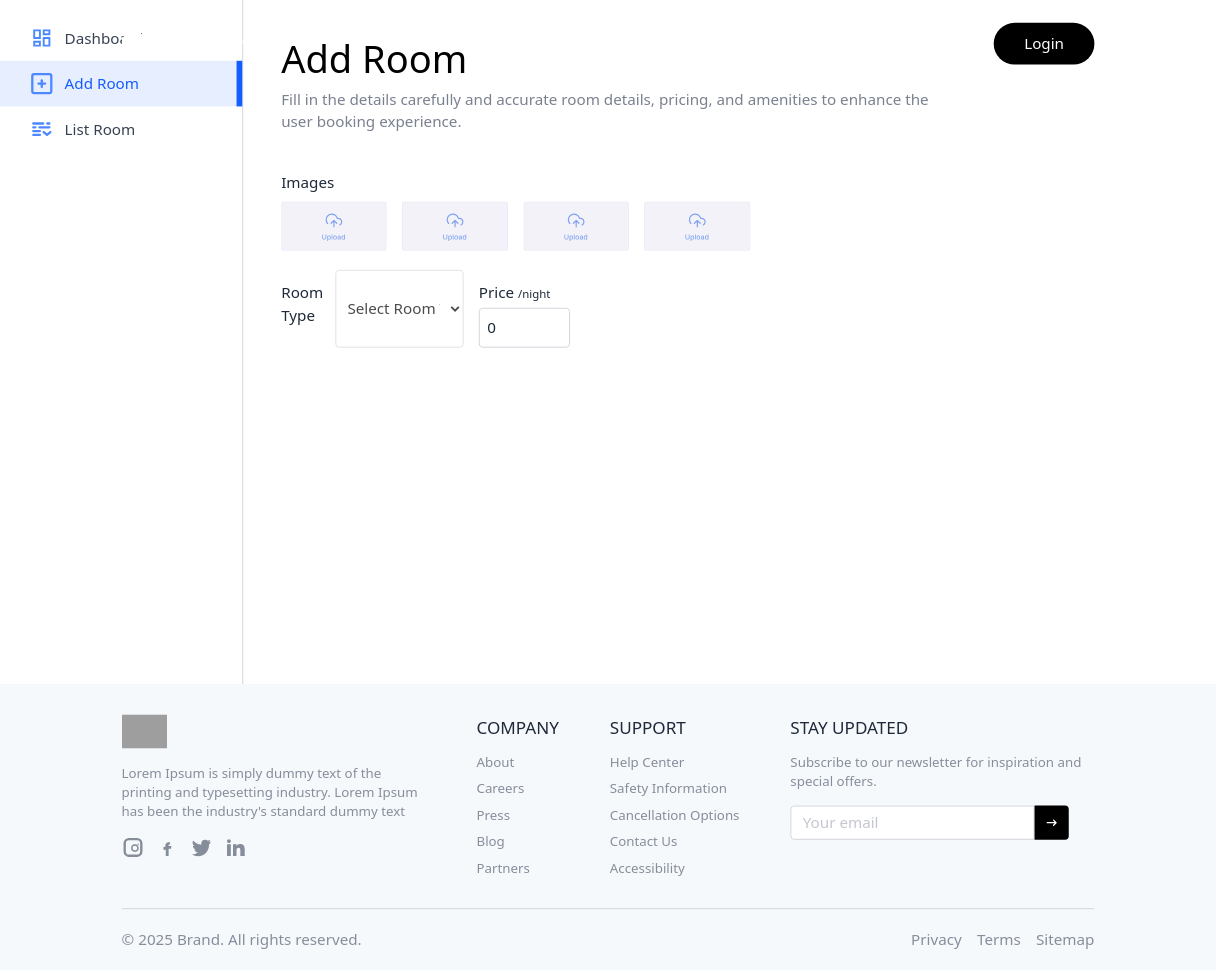
Repository: Ponn-Star/My-App
Page: /owner/add-room (app in FrontEnd/)
The author's editor kept a copy of each file at every save. The page is drawn from the files as they stood at one save, then again after the next save.
The browser window is 1280 px wide. The pictures show the whole page, at 95% of full size.
Pictures or frames that could not be fetched are drawn as grey boxes. The page's requests for data from a server got no answer. The project was rebuilt for these pictures with package versions that can differ from the ones it lists, and the page was loaded fresh each time. Some packages were replaced by stand-ins written for this rebuild. No one was signed in, and anything a server would have sent is missing. Also part of the build but not shown: FrontEnd/vite.config.js, FrontEnd/src/assets/assets.js, FrontEnd/src/components/Hero.jsx, FrontEnd/src/components/HotelCard.jsx, FrontEnd/src/components/FeaturedDestination.jsx, FrontEnd/src/components/ExclusiveOffers.jsx, FrontEnd/src/data/Test.ts, FrontEnd/src/components/StarRating.jsx and 7 more.

Above is the page before, as saved 2025-05-12 17:20:02.

### FrontEnd/index.html
<!doctype html>
<html lang="en">
  <head>
    <meta charset="UTF-8" />
    <link rel="icon" type="image/svg+xml" href="/favicon.svg" />
    <meta name="viewport" content="width=device-width, initial-scale=1.0" />
    <title>Booking</title>
  </head>
  <body>
    <div id="root"></div>
    <script type="module" src="/src/main.jsx"></script>
  </body>
</html>

### FrontEnd/src/main.jsx
import { StrictMode } from 'react'
import { createRoot } from 'react-dom/client'
import './index.css'
import App from './App.jsx'
import { BrowserRouter } from 'react-router-dom'
import { ClerkProvider } from '@clerk/clerk-react'

const PUBLISHABLE_KEY = import.meta.env.VITE_CLERK_PUBLISHABLE_KEY

if (!PUBLISHABLE_KEY) {
  throw new Error('Add your Clerk Publishable Key to the .env file')
}

createRoot(document.getElementById('root')).render(
  <ClerkProvider publishableKey={PUBLISHABLE_KEY} afterSignOutUrl="/">
    <BrowserRouter>
      <App />
    </BrowserRouter>
    </ClerkProvider>,
)

### FrontEnd/src/App.jsx
import React from 'react'
import Navbar from './components/Navbar'
import { Route, Routes, useLocation } from 'react-router-dom'
import Home from './pages/Home'
import AllRooms from './pages/AllRooms';
import RoomDetails from './pages/RoomDetails';
import Footer from './components/Footer';
import MyBookings from './pages/MyBookings';
import Layout from './pages/Owner/Layout';
import Dashboard from './pages/Owner/Dashboard';
import ListRoom from './pages/Owner/ListRoom';
import AddRoom from './pages/Owner/AddRoom';

function App() {

  const isOwnerPath = useLocation().pathname.includes("owner");
  return (
    <div>
      {!isOwnerPath && <Navbar />}
      <div className='min-h-[70vh]'>
        <Routes>
          <Route path='/' element={<Home />} />
          <Route path='/rooms' element={<AllRooms />} />
          <Route path='/rooms/:id' element={<RoomDetails />} />
          <Route path='/my-bookings' element={<MyBookings />} />
          <Route path='/owner' element={<Layout />} >
            <Route index element={<Dashboard />} />
            <Route path='add-room' element={<AddRoom />} />
            <Route path='list-room' element={<ListRoom />} />
           </Route>
        </Routes>
      </div>
      <Footer />
    </div>
  )
}

export default App

### FrontEnd/src/components/Navbar.jsx
import React from 'react';
import { Link, useLocation, useNavigate} from 'react-router-dom';
import { assets } from '../assets/assets';
import { useClerk, useUser, UserButton } from '@clerk/clerk-react';

const BookIcon = () => (
    <svg className='w-4 h-4 text-gray-700' aria-hidden="true" xmlns="http://www.w3.org/2000/svg" width="24" height="24" fill="none" viewBox="0 0 24 24">
        <path stroke="currentColor" strokeLinecap="round" strokeLinejoin="round" strokeWidth="2" d="M5 19V4a1 1 0 0 1 1-1h12a1 1 0 0 1 1 1v13H7a2 2 0 0 0-2 2Zm0 0a2 2 0 0 0 2 2h12M9 3v13m7 0v4" />
    </svg>
)

const Navbar = () => {
    const navLinks = [
        { name: 'Home', path: '/' },
        { name: 'Hotels', path: '/rooms' },
        { name: 'Experience', path: '/' },
        { name: 'About', path: '/' },
    ];

    const [isScrolled, setIsScrolled] = React.useState(false);
    const [isMenuOpen, setIsMenuOpen] = React.useState(false);

    const {openSignIn} = useClerk()
    const {user} = useUser()
    const navigate = useNavigate()
    const location = useLocation()

    React.useEffect(() => {
        const handleScroll = () => {
            setIsScrolled(window.scrollY > 10);
        };
        window.addEventListener("scroll", handleScroll);
        return () => window.removeEventListener("scroll", handleScroll);
    }, []);

    return (
            <nav className={`fixed top-0 left-0 w-full flex items-center justify-between px-4 md:px-16 lg:px-24 xl:px-32 transition-all duration-500 z-50 ${isScrolled ? "bg-white/80 shadow-md text-gray-700 backdrop-blur-lg py-3 md:py-4" : "py-4 md:py-6"}`}>

                {/* Logo */}
                <Link to='/'>
                    <img src={assets.logo} alt="logo" className={`h-9 ${isScrolled && "invert opacity-80"}`} />
                </Link>

                {/* Desktop Nav */}
                <div className="hidden md:flex items-center gap-4 lg:gap-8">
                    {navLinks.map((link, i) => (
                        <a key={i} href={link.path} className={`group flex flex-col gap-0.5 ${isScrolled ? "text-gray-700" : "text-white"}`}>
                            {link.name}
                            <div className={`${isScrolled ? "bg-gray-700" : "bg-white"} h-0.5 w-0 group-hover:w-full transition-all duration-300`} />
                        </a>
                    ))}
                    <button className={`border px-4 py-1 text-sm font-light rounded-full cursor-pointer ${isScrolled ? 'text-black' : 'text-white'} transition-all`}>
                        Dashboard
                    </button>
                </div>

                {/* Desktop Right */}
                <div className="hidden md:flex items-center gap-4">
                    <img src={assets.searchIcon} alt='search' className={`${isScrolled && "invert"} h-7 transition duration-500`} />

                    {user ?
                    (<UserButton>
                        <UserButton.MenuItems>
                            <UserButton.Action label='My Bookings' labelIcon={<BookIcon/>} onClick={() => navigate('/my-bookings')} />
                        </UserButton.MenuItems>
                    </UserButton>)
                    :
                    (<button onClick={openSignIn} className="bg-black text-white px-8 py-2.5 rounded-full ml-4 transition-all duration-500">
                        Login
                        </button>)
                    }
                </div>

                {/* Mobile Menu Button */}
                <div className="flex items-center gap-3 md:hidden">
                    <img onClick={()=> setIsMenuOpen(!isMenuOpen)} src={assets.menuIcon} alt='' className={`${isScrolled && "invert"} h-4`} />
                </div>

                {/* Mobile Menu */}
                <div className={`fixed top-0 left-0 w-full h-screen bg-white text-base flex flex-col md:hidden items-center justify-center gap-6 font-medium text-gray-800 transition-all duration-500 ${isMenuOpen ? "translate-x-0" : "-translate-x-full"}`}>
                    <button className="absolute top-4 right-4" onClick={() => setIsMenuOpen(false)}>
                        <img src={assets.closeIcon} alt='close' className="h-6.5" />
                    </button>

                    {navLinks.map((link, i) => (
                        <a key={i} href={link.path} onClick={() => setIsMenuOpen(false)}>
                            {link.name}
                        </a>
                    ))}

                    <button className="border px-4 py-1 text-sm font-light rounded-full cursor-pointer transition-all">
                        Dashboard
                    </button>

                    <button onClick={openSignIn} className="bg-black text-white px-8 py-2.5 rounded-full transition-all duration-500">
                        Login
                    </button>
                </div>
            </nav>
    );
}

export default Navbar

### FrontEnd/src/components/Footer.jsx
import React from 'react'

const Footer = () => {
    return (
        <div className='bg-[#F6F9FC] text-gray-500/80 pt-8 px-6 md:px-16 lg:px-24 xl:px-32'>
            <div className='flex flex-wrap justify-between gap-12 md:gap-6'>
                <div className='max-w-80'>
                    <img src="https://raw.githubusercontent.com/prebuiltui/prebuiltui/main/assets/dummyLogo/dummyLogoColored.svg" alt="logo" className='mb-4 h-8 md:h-9' />
                    <p className='text-sm'>
                        Lorem Ipsum is simply dummy text of the printing and typesetting industry. Lorem Ipsum has been the industry's standard dummy text
                    </p>
                    <div className='flex items-center gap-3 mt-4'>
                        {/* Instagram */}
                        <svg className="w-6 h-6" fill="currentColor" viewBox="0 0 24 24">
                            <path d="M7.75 2A5.75 5.75 0 002 7.75v8.5A5.75 5.75 0 007.75 22h8.5A5.75 5.75 0 0022 16.25v-8.5A5.75 5.75 0 0016.25 2h-8.5zM4.5 7.75A3.25 3.25 0 017.75 4.5h8.5a3.25 3.25 0 013.25 3.25v8.5a3.25 3.25 0 01-3.25 3.25h-8.5a3.25 3.25 0 01-3.25-3.25v-8.5zm9.5 1a4 4 0 11-4 4 4 4 0 014-4zm0 1.5a2.5 2.5 0 102.5 2.5 2.5 2.5 0 00-2.5-2.5zm3.5-.75a.75.75 0 11.75-.75.75.75 0 01-.75.75z" />
                        </svg>
                        {/* Facebook */}
                        <svg className="w-6 h-6" fill="currentColor" viewBox="0 0 24 24">
                            <path d="M13.5 9H15V6.5h-1.5c-1.933 0-3.5 1.567-3.5 3.5v1.5H8v3h2.5V21h3v-7.5H16l.5-3h-3z" />
                        </svg>
                        {/* Twitter */}
                        <svg className="w-6 h-6" fill="currentColor" viewBox="0 0 24 24">
                            <path d="M22 5.92a8.2 8.2 0 01-2.36.65A4.1 4.1 0 0021.4 4a8.27 8.27 0 01-2.6 1A4.14 4.14 0 0016 4a4.15 4.15 0 00-4.15 4.15c0 .32.04.64.1.94a11.75 11.75 0 01-8.52-4.32 4.14 4.14 0 001.29 5.54A4.1 4.1 0 013 10v.05a4.15 4.15 0 003.33 4.07 4.12 4.12 0 01-1.87.07 4.16 4.16 0 003.88 2.89A8.33 8.33 0 012 19.56a11.72 11.72 0 006.29 1.84c7.55 0 11.68-6.25 11.68-11.67 0-.18 0-.35-.01-.53A8.18 8.18 0 0022 5.92z" />
                        </svg>
                        {/* LinkedIn */}
                        <svg className="w-6 h-6" fill="currentColor" viewBox="0 0 24 24">
                            <path d="M4.98 3.5C3.88 3.5 3 4.38 3 5.48c0 1.1.88 1.98 1.98 1.98h.02c1.1 0 1.98-.88 1.98-1.98C6.98 4.38 6.1 3.5 4.98 3.5zM3 8.75h3.96V21H3V8.75zm6.25 0h3.8v1.68h.05c.53-.98 1.82-2.02 3.75-2.02 4.01 0 4.75 2.64 4.75 6.07V21H17v-5.63c0-1.34-.03-3.07-1.88-3.07-1.88 0-2.17 1.47-2.17 2.98V21H9.25V8.75z" />
                        </svg>
                    </div>
                </div>

                <div>
                    <p className='text-lg text-gray-800'>COMPANY</p>
                    <ul className='mt-3 flex flex-col gap-2 text-sm'>
                        <li><a href="#">About</a></li>
                        <li><a href="#">Careers</a></li>
                        <li><a href="#">Press</a></li>
                        <li><a href="#">Blog</a></li>
                        <li><a href="#">Partners</a></li>
                    </ul>
                </div>

                <div>
                    <p className='text-lg text-gray-800'>SUPPORT</p>
                    <ul className='mt-3 flex flex-col gap-2 text-sm'>
                        <li><a href="#">Help Center</a></li>
                        <li><a href="#">Safety Information</a></li>
                        <li><a href="#">Cancellation Options</a></li>
                        <li><a href="#">Contact Us</a></li>
                        <li><a href="#">Accessibility</a></li>
                    </ul>
                </div>

                <div className='max-w-80'>
                    <p className='text-lg text-gray-800'>STAY UPDATED</p>
                    <p className='mt-3 text-sm'>
                        Subscribe to our newsletter for inspiration and special offers.
                    </p>
                    <div className='flex items-center mt-4'>
                        <input type="text" className='bg-white rounded-l border border-gray-300 h-9 px-3 outline-none' placeholder='Your email' />
                        <button className='flex items-center justify-center bg-black h-9 w-9 aspect-square rounded-r'>
                            {/* Arrow icon */}
                            <svg className="w-4 h-4 text-white" aria-hidden="true" xmlns="http://www.w3.org/2000/svg" width="24" height="24" fill="none" viewBox="0 0 24 24"><path stroke="currentColor" strokeLinecap="round" strokeLinejoin="round" strokeWidth="2" d="M19 12H5m14 0-4 4m4-4-4-4" /></svg>
                        </button>
                    </div>
                </div>
            </div>
            <hr className='border-gray-300 mt-8' />
            <div className='flex flex-col md:flex-row gap-2 items-center justify-between py-5'>
                <p>© {new Date().getFullYear()} Brand. All rights reserved.</p>
                <ul className='flex items-center gap-4'>
                    <li><a href="#">Privacy</a></li>
                    <li><a href="#">Terms</a></li>
                    <li><a href="#">Sitemap</a></li>
                </ul>
            </div>
        </div>
    );
};

export default Footer;

### FrontEnd/src/pages/Owner/Layout.jsx
import React from 'react'
import Navbar from '../../components/Navbar'
import Sidebar from '../../components/Owner/Sidebar'
import { Outlet } from 'react-router-dom'

const Layout = () => {
  return (
    <div className='flex flex-col h-screen'>
      <Navbar />
      <div className='flex h-full'>
        <Sidebar />
        <div className='flex-1 p-4 pt-10 md:px-10 h-full'>
            <Outlet />
        </div>
      </div>
    </div>
  )
}

export default Layout

### FrontEnd/src/pages/Owner/AddRoom.jsx
import React from 'react'
import { useState } from 'react'
import { assets } from '../../assets/assets'
import Title from '../../components/Title'
const AddRoom = () => {

    const [images, setImages] = useState({
    1: null,
    2: null,
    3: null,
    4: null,
  });

  const [inputs, setInputs] = useState({
    roomType: '',
    pricePerNight: 0,
    amenities: {
      'Free WiFi': false,
      'Free Breakfast': false,
      'Room Service': false,
      'Mountain View': false,
      'Pool Access': false,
    },
  });

  return (
    <form>
      <Title align='left' font='outfit' title='Add Room' subTitle='Fill in the details carefully and accurate room details, pricing, and amenities to enhance the user booking experience.' />
      {/* Upload Area For Images */}
      <p className='text-gray-800 mt-10'>Images</p>
      <div className='grid grid-cols-2 sm:flex gap-4 my-2 flex-wrap'>
        {Object.keys(images).map((key) => (
          <label htmlFor={`roomImages${key}`} key={key}>
            <img className='max-h-13 cursor-pointer opacity-80' src={images[key] ? URL.createObjectURL(images[key]) : assets.uploadArea} alt="" />
            <input type="file" accept="image/*" id={`roomImages${key}`} hidden onChange={e => setImages({ ...images, [key]: e.target.files[0] })} />
          </label>
        ))}
      </div>
      <div className='w-full flex max-sm:flex-col sm:gap-4 mt-4'>
        <div className='flex max-w-48'>
          <p className='text-gray-800 mt-4'>Room Type</p>
          <select value={inputs.roomType} onChange={e => setInputs({ ...inputs, roomType: e.target.value })} className='border opacity-70 border-gray-300 mt-1 rounded p-2 w-full'>
            <option value="">Select Room Type</option>
            <option value="Single Bed">Single Bed</option>
            <option value="Double Bed">Double Bed</option>
            <option value="Luxury Room">Luxury Room</option>
            <option value="Family Suite">Family Suite</option>
          </select>
        </div>
        <div className='mt-4 text-gray-800'>
          <p>Price <span className='text-xs'>/night</span></p>
          <input
            type="number"
            placeholder="0"
            className="border border-gray-300 mt-1 rounded p-2 w-24"
            value={inputs.pricePerNight}
            onChange={e => setInputs({ ...inputs, pricePerNight: e.target.value })}
          />
        </div>

      </div>
    </form>
  )
}

export default AddRoom

### FrontEnd/src/components/Title.jsx
import React from 'react'

const Title = ({title, subTitle, align, font}) => {
    return (
        <div className={`flex flex-col justify-center items-center text-center ${align === "left" && "md:items-start md:text-left"}`}>
          <h1 className={`text-4xl md:text-[40px] ${font || "font-playfair"}`}>{title}</h1>
          <p className="text-sm md:text-base text-gray-500/90 mt-2 max-w-174">{subTitle}</p>
        </div>
  )
}

export default Title

### FrontEnd/src/components/Owner/Sidebar.jsx
import React from 'react'
import { Link, NavLink } from 'react-router-dom'
import { assets } from '../../assets/assets'

const Sidebar = () => {
  const sidebarLinks = [
    { name: "Dashboard", path: "/owner", icon: assets.dashboardIcon },
    { name: "Add Room", path: "/owner/add-room", icon: assets.addIcon },
    { name: "List Room", path: "/owner/list-room", icon: assets.listIcon },
  ];

  return (
    <div className='md:w-64 w-16 border-r h-full text-base border-gray-300 pt-4 flex flex-col transition-all duration-300'>
      {sidebarLinks.map((item, index) => (
        <NavLink to={item.path} key={index} end='/owner' className={({ isActive }) => `flex items-center py-3 px-4 gap-3 md:px-8 ${isActive ? 'border-r-4 md:border-r-[6px] bg-blue-600/10 border-blue-600 text-blue-600' : 'hover:bg-gray-100/90 border-white text-gray-700'}`}>
            <img src={item.icon} alt={item.name} className='min-h-6 min-w-6' />
            <p className='md:block hidden text-center'>{item.name}</p>
        </NavLink>
      ))}
    </div>
  );
}

export default Sidebar

Loaded but not shown: FrontEnd/src/index.css (common file)

After the next save:
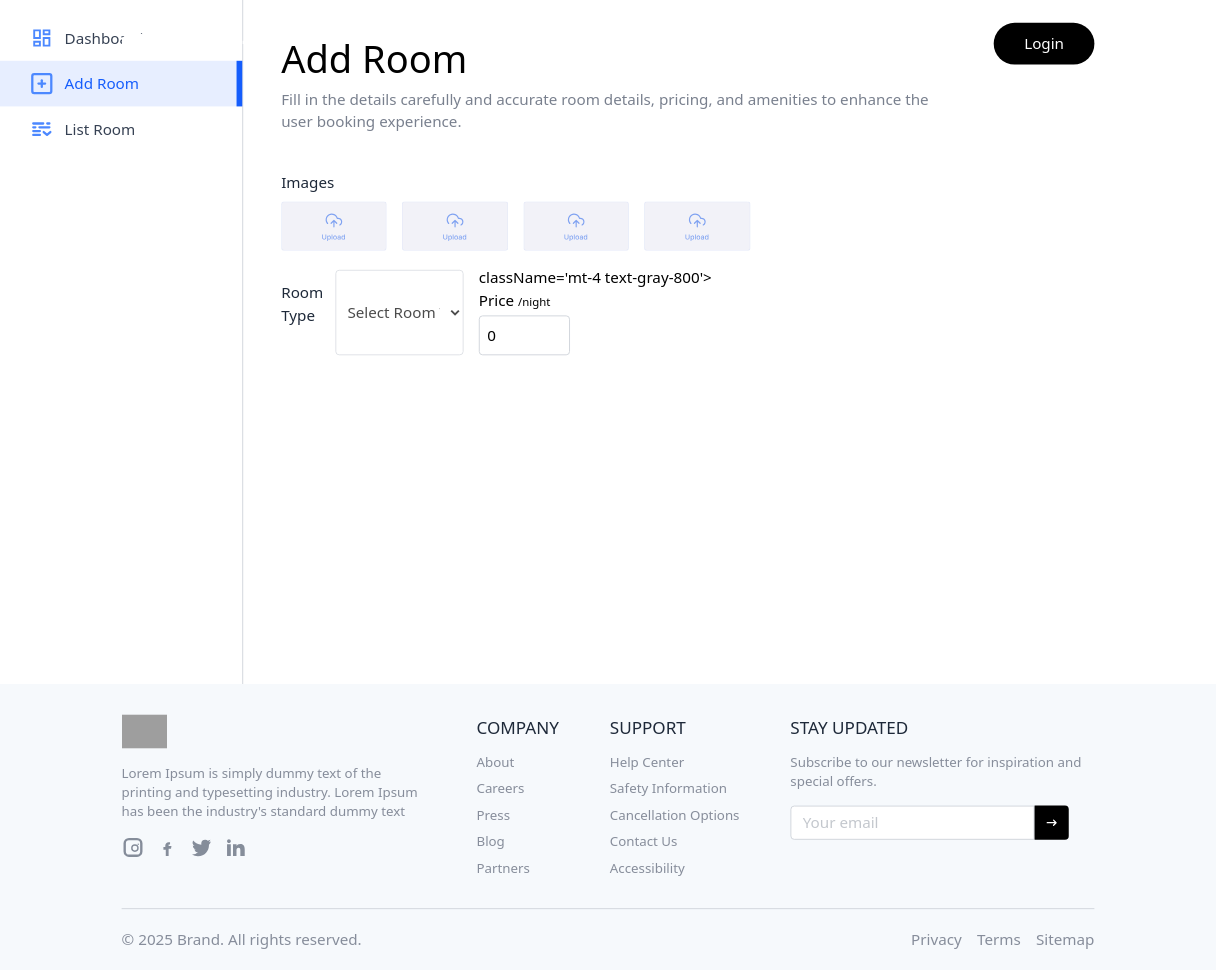
Saved 113 s later.
--- a/FrontEnd/src/pages/Owner/AddRoom.jsx
+++ b/FrontEnd/src/pages/Owner/AddRoom.jsx
@@ -47,7 +47,8 @@
             <option value="Family Suite">Family Suite</option>
           </select>
         </div>
-        <div className='mt-4 text-gray-800'>
+        <div>
+          className='mt-4 text-gray-800'>
           <p>Price <span className='text-xs'>/night</span></p>
           <input
             type="number"

After the 2 saves that followed:
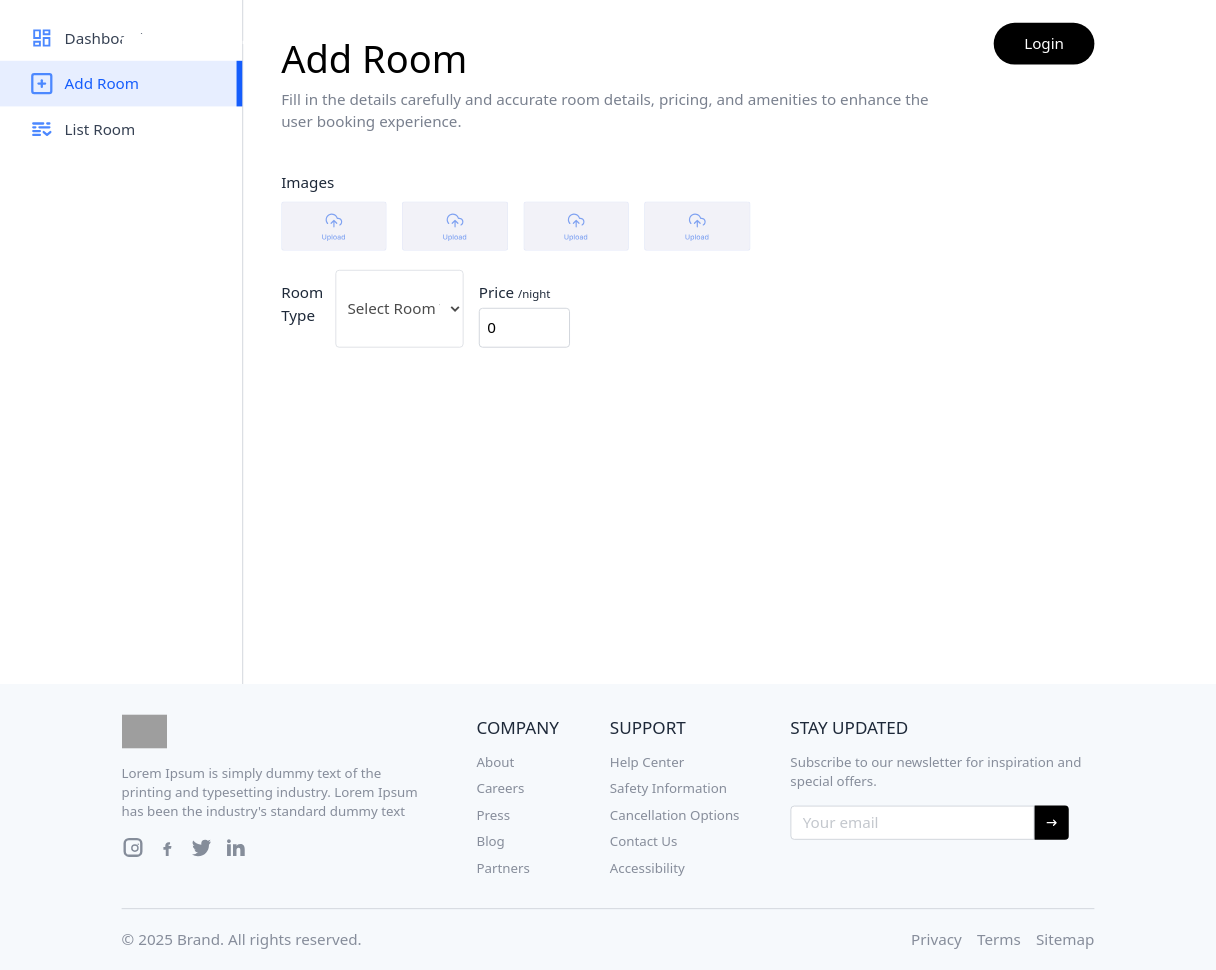
The 2 saves are shown as one change because 1 did not build or start.
The last was saved 80 s later.
--- a/FrontEnd/src/pages/Owner/AddRoom.jsx
+++ b/FrontEnd/src/pages/Owner/AddRoom.jsx
@@ -48,8 +48,8 @@
           </select>
         </div>
         <div>
-          className='mt-4 text-gray-800'>
-          <p>Price <span className='text-xs'>/night</span></p>
+          <p className='mt-4 text-gray-800'>
+          Price <span className='text-xs'>/night</span></p>
           <input
             type="number"
             placeholder="0"
@@ -57,9 +57,9 @@
             value={inputs.pricePerNight}
             onChange={e => setInputs({ ...inputs, pricePerNight: e.target.value })}
           />
+          </div>
         </div>
 
-      </div>
     </form>
   )
 }
